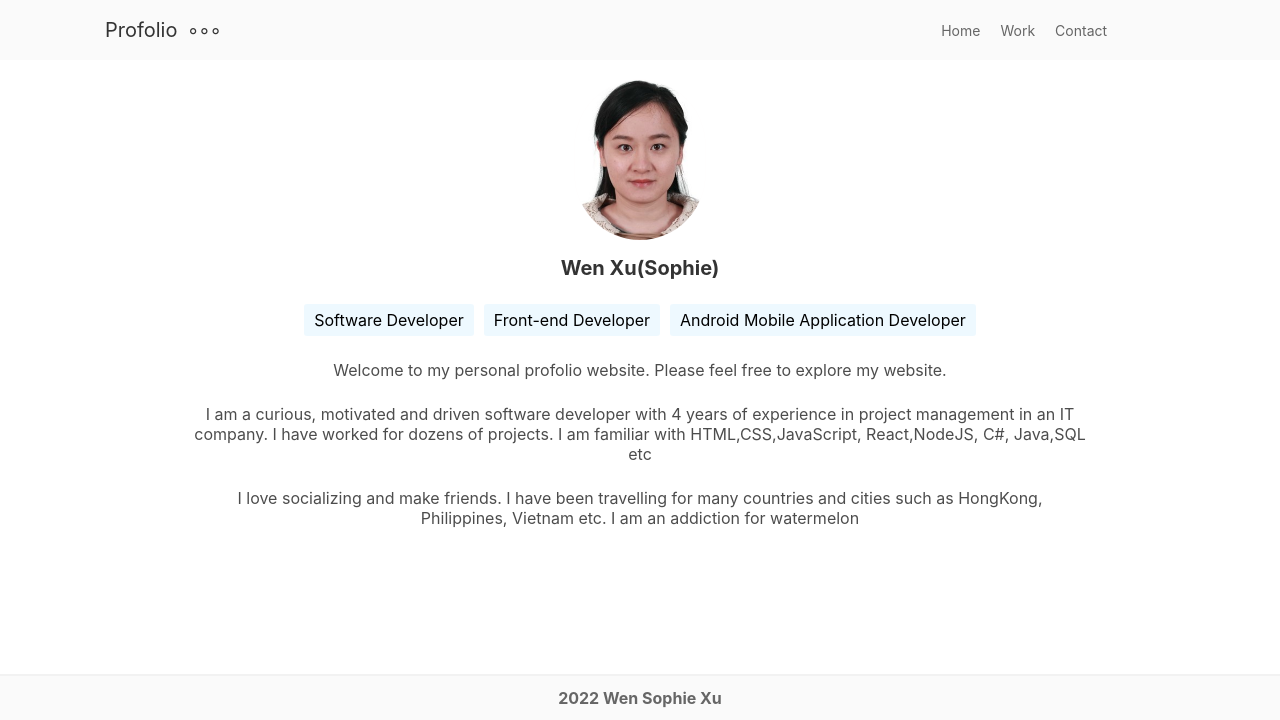
Repository: wenxi0504/myResume_app
Page: /
An editor plug-in stored every save of this project. The page is shown before and after the next save, followed by the edit.
The browser window is 1280 px wide. The pictures show the whole page.
The project was rebuilt for these pictures with package versions that can differ from the ones it lists, and the page was loaded fresh each time. Also part of the build but not shown: src/pages/WorkPage/index.js, src/pages/WorkPageDetail/index.js, src/pages/Contact/index.js.

Above is the page before, as saved 2022-01-03 16:18:56.

### src/index.js
import React from 'react';
import ReactDOM from 'react-dom';
import './index.css';
import App from './pages/App';
import reportWebVitals from './reportWebVitals';
import { BrowserRouter as Router} from 'react-router-dom'



ReactDOM.render(
  <Router>
    <App />
  </Router>,
  document.getElementById('root')
);

// If you want to start measuring performance in your app, pass a function
// to log results (for example: reportWebVitals(console.log))
// or send to an analytics endpoint. Learn more: https://bit.ly/CRA-vitals
reportWebVitals();

### src/index.css
body {
  margin: 0;
  padding: 0;
  font-family: -apple-system, BlinkMacSystemFont, "Segoe UI", "Roboto", "Oxygen",
    "Ubuntu", "Cantarell", "Fira Sans", "Droid Sans", "Helvetica Neue",
    sans-serif;
  -webkit-font-smoothing: antialiased;
  -moz-osx-font-smoothing: grayscale;
}

code {
  font-family: source-code-pro, Menlo, Monaco, Consolas, "Courier New",
    monospace;
}


body, h1, h2, h3, h4, h5, h6, hr, p, blockquote, dl, dt, dd, ul, ol, li, pre, form, fieldset, legend, button, input, textarea, th, td {
  margin:0; padding:0;
}
body, button, input, select, textarea {
  font:12px/1.5tahoma, arial, \5b8b\4f53;
}
h1, h2, h3, h4, h5, h6{
  font-size:100%;
  color:rgb(51, 51, 51);
}
address, cite, dfn, em, var {
  font-style:normal;
}
code, kbd, pre, samp {
  font-family:couriernew, courier, monospace;
}
small{
  font-size:12px;
}
ul, ol {
  list-style:none;
}
a {
  text-decoration:none;
}

sup {
  vertical-align:text-top;
}
sub{
  vertical-align:text-bottom;
}
legend {
  color:#000;
}
fieldset, img {
  border:0;
}
button, input, select, textarea {
  font-size:100%;
}
table {
  border-collapse:collapse; border-spacing:0;
}


html,body,#root{
   width: 100%;
   height: 100%;
}

code {
  font-family: source-code-pro, Menlo, Monaco, Consolas, "Courier New",
    monospace;
}

### src/pages/App.js
import logo from './logo.svg';
import styles from './App.module.scss';
import{Link,Routes,Route} from 'react-router-dom'
import HomePage from './HomePage'
import WorkPage from './WorkPage'
import WorkPageDetail from './WorkPageDetail'
import Contact from './Contact'
function App() {
  //get value of location

  return (

    <div className={styles.App}>
     <header className={styles.header} >
     <div className={styles.box}>
               <Link to="/">
                 <div className={styles.boxleft}>Profolio</div>
                 </Link>
               <div className={styles.boxright}>
                  <Link to="/"><p >Home</p></Link>
                  <Link to="/works"><p >Work</p></Link>
                  <Link to="/contact"><p >Contact</p></Link>
               </div>
            </div>
     </header>

       <section className={styles.content}>
         <div>
         < Routes>
         <Route path="/" exact element={ <HomePage/> }/>
           <Route path="/works" exact element={ <WorkPage/>} />
           <Route path="/works/:id" exact element={ <WorkPageDetail/> } />
           <Route path="/contact" exact element={ <Contact/> } />
         </Routes>
         </div>





     </section>



      <footer className={styles.footer} >
     <p><b>2022 Wen Sophie Xu</b></p>

     </footer>



    </div>
  );
}

export default App;

### src/pages/App.module.scss

.App {
  display: flex;
  min-height: 100vh;
  flex-direction: column;
  .content{
     flex: 1;
     text-align: center;
  }
  .header{
    background-color: rgb(250, 250, 250);
    height: 60px;
    .selected{
      color: #333!important;
      padding-bottom: 5px;
      border-bottom: 1.5px solid #333;
    }
    .box{
      width: 70%;
      height: 100%;


      display: flex;
      align-items: center;
      justify-content: space-between;
      a:hover {
        text-decoration:none;
      }
      .boxleft{
        font-size: 20px;
        color: rgb(51, 51, 51);
        padding: 0px 5px 0px 100px;
        margin: 0px 5px ;
      }
      .boxleft::after {
        content: "◦◦◦";
        margin-left: 0.5em;
      }

      .boxright{
        display: inline-flex;
        justify-content: flex-start;
        padding: 0px 5px 0px 100px;
        margin: 0px 5px 0px 600px;
        p{
          margin: 0px 10px;
          font-size: 14px;
          color: rgb(102, 102, 102);

        }
      }
      div{
        cursor: pointer;
      }
    }
  }
  .footer{
    text-align: center;
    padding: 10px 0px;
    color: rgb(102, 102, 102);
    background: #fafafa;
    border-top: 2px solid #f2f2f2;
    p{
      padding: 2px 0px;
    }
  }
}

### src/pages/HomePage/index.js
// eslint-disable-next-line no-unused-vars
import React, { Component } from 'react';
import styles from'./home.module.scss'

// eslint-disable-next-line import/no-anonymous-default-export
export default () => {
    return <div className={styles.wrap}>
        {/* Personal Info*/}
       <section className={styles.brief}>
       <img src={require("../../assets/images/wenxuReact2.jpg") }/>
       <h2>Wen Xu(Sophie)</h2>
       <ul>
          <li>Software Developer</li>
          <li>Front-end Developer</li>
          <li>Android Mobile Application Developer</li>
       </ul>
       <p>Welcome to my personal profolio website. Please feel free to explore my website.</p>
       <p>I am a curious, motivated and driven software developer with 4 years of experience in project management in an IT company. I have worked for dozens of projects. I am familiar with HTML,CSS,JavaScript, React,NodeJS, C#, Java,SQL etc </p>
       <p>I love socializing and make friends. I have been travelling for many countries and cities such as HongKong, Philippines, Vietnam etc. I am an addiction for watermelon </p>
       </section>





        </div>
}

### src/pages/HomePage/home.module.scss

    .wrap{
        flex: 1;
        width: 70%;
        margin: 0px auto;
        .brief{
           text-align: center;
           h2{
             padding: 12px 0px;
             font-size: 20px;
           }
           img{
              width: 130px;
              height: 160px;
              border-radius: 100px;
              margin-top: 20px;
              box-shadow:0px 0px 2px 0px rgb(253, 251, 251)
           }
           img:hover{
               box-shadow: 0px 0px 15px 3px rgba(184, 250, 3, 0.8)
           }
           ul{
            display: flex;
            justify-content: center;
             li{
                padding: 6px 10px;
                background: rgba(87, 199, 255, 0.1);
                margin: 12px 5px;
                border-radius: 3px;
             }
           }
           p{
            padding: 12px 0px;
            color: rgba(0, 0, 0, 0.7);
          }
        }

    }

Loaded but not shown: public/index.html (common file); src/reportWebVitals.js (common file)

After the next save:
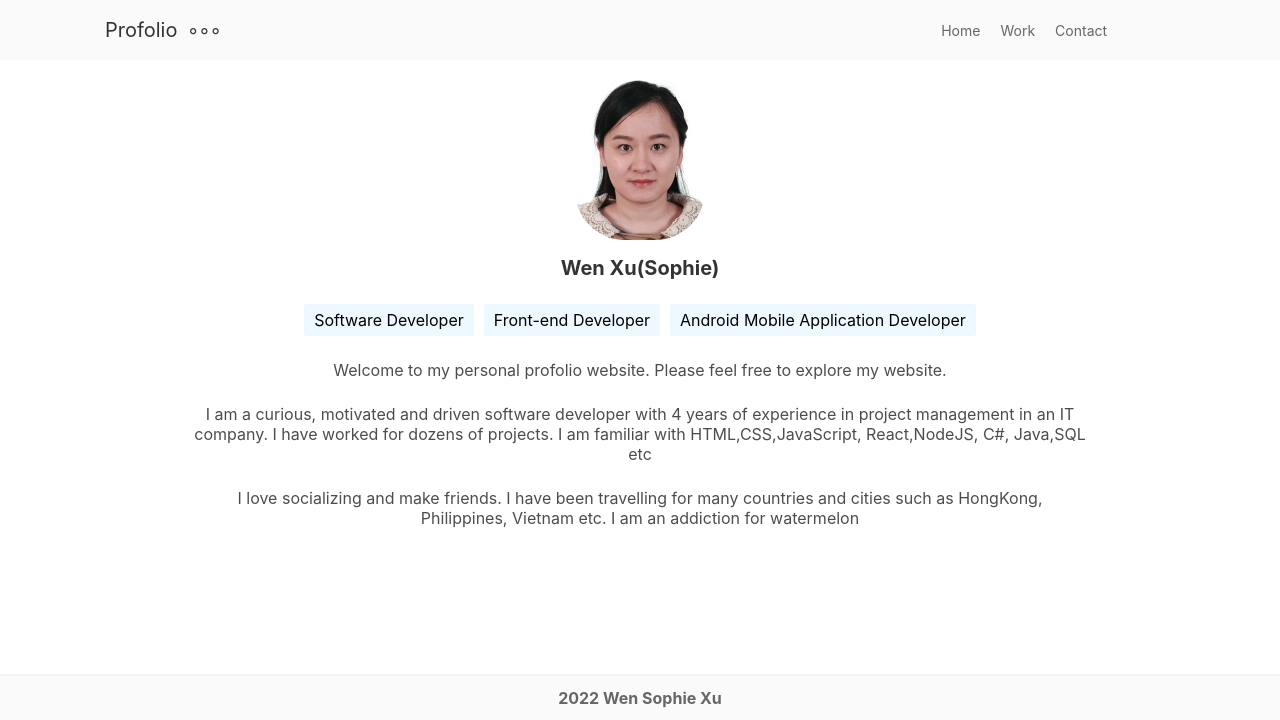
Saved 13 s later.
--- a/src/pages/HomePage/home.module.scss
+++ b/src/pages/HomePage/home.module.scss
@@ -12,7 +12,7 @@
            img{
               width: 130px;
               height: 160px;
-              border-radius: 100px;
+              border-radius: 50px;
               margin-top: 20px;
               box-shadow:0px 0px 2px 0px rgb(253, 251, 251)
            }
